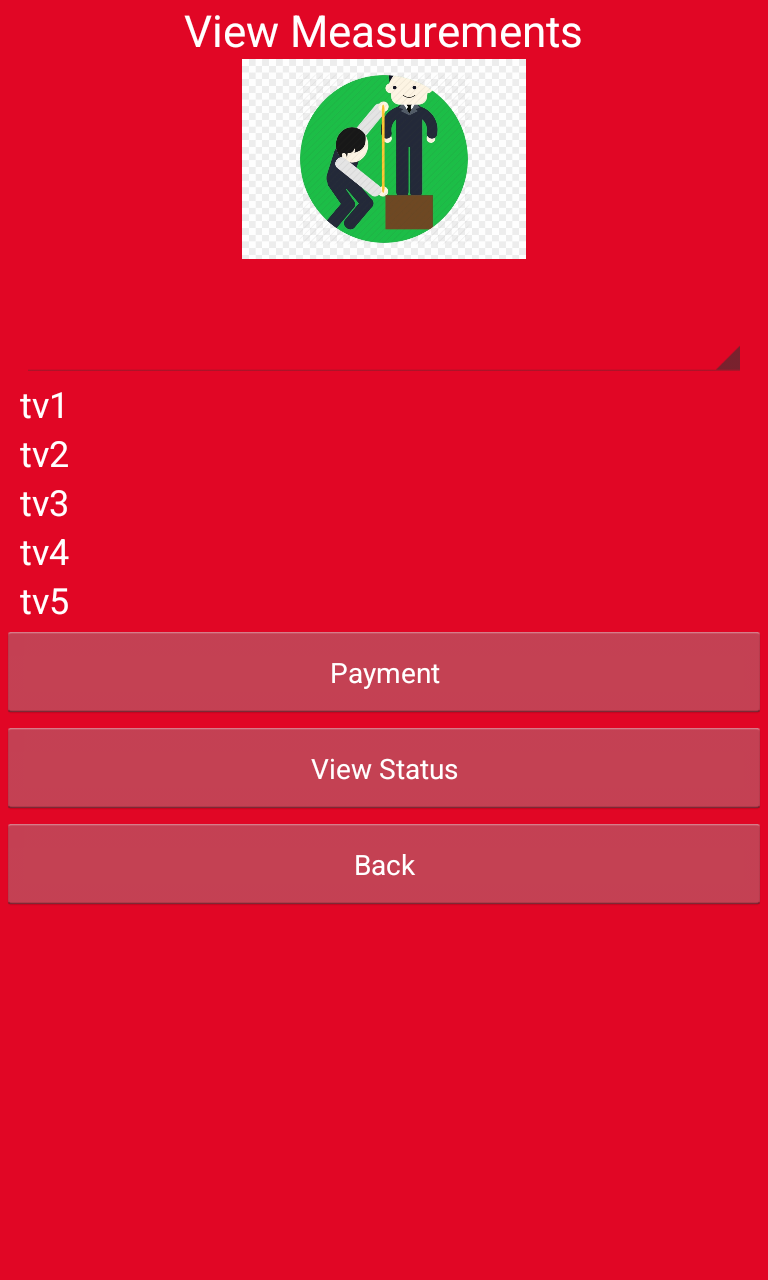
Repository: GowthamS18/Stiching_App
Layout: StitchingAndro/res/layout/cust_view_measurements.xml
An editor plug-in stored every save of this project. The layout is shown before and after the next save, followed by the edit.
It is drawn on a 768 x 1280 px phone screen (xhdpi) without system bars, with theme AppBaseTheme; the app's code is not run.

Above is the layout before, as saved 2024-03-16 02:39:41.

### StitchingAndro/res/layout/cust_view_measurements.xml
<LinearLayout xmlns:android="http://schemas.android.com/apk/res/android"
    android:layout_width="match_parent"
    android:layout_height="match_parent"
    android:background="@color/red"
    android:orientation="vertical" >

    <!-- Child linear layout with horizontal orientation -->

    <LinearLayout
        android:layout_width="match_parent"
        android:layout_height="wrap_content"
        android:orientation="vertical"
        android:layout_marginLeft="10dp"
        android:layout_marginRight="10dp">

          <TextView
              android:id="@+id/heading"
              android:layout_width="wrap_content"
              android:layout_height="wrap_content"
              android:layout_gravity="center"
              android:text="View Measurements"
               android:textColor="@color/white"
              android:textAppearance="?android:attr/textAppearanceLarge" />

    <ImageView
        android:id="@+id/imageView1"
        android:layout_width="wrap_content"
        android:layout_height="100dip"
        android:layout_gravity="center"
        android:src="@drawable/measurement" />

    <Spinner
        android:id="@+id/spinner1"
        android:layout_width="match_parent"
        android:layout_height="60dp"
        android:layout_weight="0.20" />

<TextView
    android:id="@+id/tv1"
    android:layout_width="match_parent"
    android:layout_height="wrap_content"
    android:text="tv1"
     android:textColor="@color/white"
    android:textAppearance="?android:attr/textAppearanceMedium" />

<TextView
    android:id="@+id/tv2"
    android:layout_width="match_parent"
    android:layout_height="wrap_content"
    android:text="tv2"
     android:textColor="@color/white"
    android:textAppearance="?android:attr/textAppearanceMedium" />


<TextView
    android:id="@+id/tv3"
    android:layout_width="match_parent"
    android:layout_height="wrap_content"
    android:text="tv3"
     android:textColor="@color/white"
    android:textAppearance="?android:attr/textAppearanceMedium" />
<TextView
    android:id="@+id/tv4"
    android:layout_width="match_parent"
    android:layout_height="wrap_content"
    android:text="tv4"
     android:textColor="@color/white"
    android:textAppearance="?android:attr/textAppearanceMedium" />

<TextView
    android:id="@+id/tv5"
    android:layout_width="match_parent"
    android:layout_height="wrap_content"
    android:text="tv5"
     android:textColor="@color/white"
    android:textAppearance="?android:attr/textAppearanceMedium" />
    </LinearLayout>



        <Button
            android:id="@+id/btn1"
             style="?android:attr/buttonStyleSmall"
            android:layout_width="match_parent"
            android:layout_height="wrap_content"
            android:onClick="payment"
             android:textColor="@color/white"
            android:text="Payment" />

         <Button
            android:id="@+id/btn2"
            style="?android:attr/buttonStyleSmall"
            android:layout_width="match_parent"
            android:layout_height="wrap_content"
            android:onClick="viewStatus"
            android:textColor="@color/white"
            android:text="View Status" />

        <Button
            android:id="@+id/btn3"
             style="?android:attr/buttonStyleSmall"
            android:layout_width="match_parent"
            android:layout_height="wrap_content"
            android:onClick="back"
             android:textColor="@color/white"
            android:text="Back" />

</LinearLayout>

### StitchingAndro/res/values/colors.xml
<?xml version="1.0" encoding="utf-8"?>
<resources>
    <color name="white">#ffffff</color>
    <color name="bg_gradient_start">#31244e</color>
    <color name="bg_gradient_end">#6b394c</color>
    <color name="black">#111111</color>
    <color name="red">#E10625</color>
    <color name="lightred">#ff5235</color>
     <color name="green">#21AF05</color>
      <color name="blue">#bee4ec</color>
       <color name="gray">#DCDCDC</color>


</resources>

Loaded but not shown: StitchingAndro/res/values-v11/styles.xml (common file); StitchingAndro/res/values-v14/styles.xml (common file); StitchingAndro/res/values/styles.xml (common file)

After the next save:
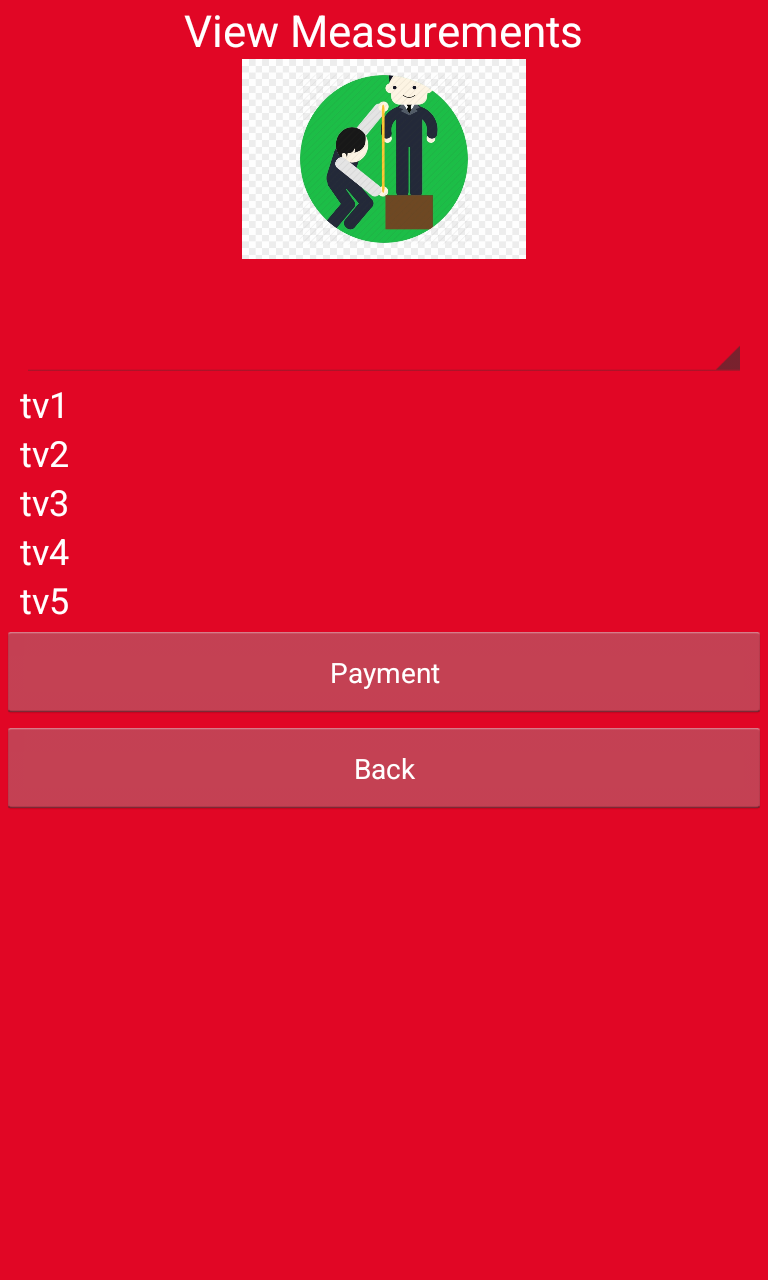
Saved 14 min 53 s later.
--- a/StitchingAndro/res/layout/cust_view_measurements.xml
+++ b/StitchingAndro/res/layout/cust_view_measurements.xml
@@ -94,6 +94,7 @@
             android:layout_height="wrap_content"
             android:onClick="viewStatus"
             android:textColor="@color/white"
+            android:visibility="gone"
             android:text="View Status" />
 
         <Button
